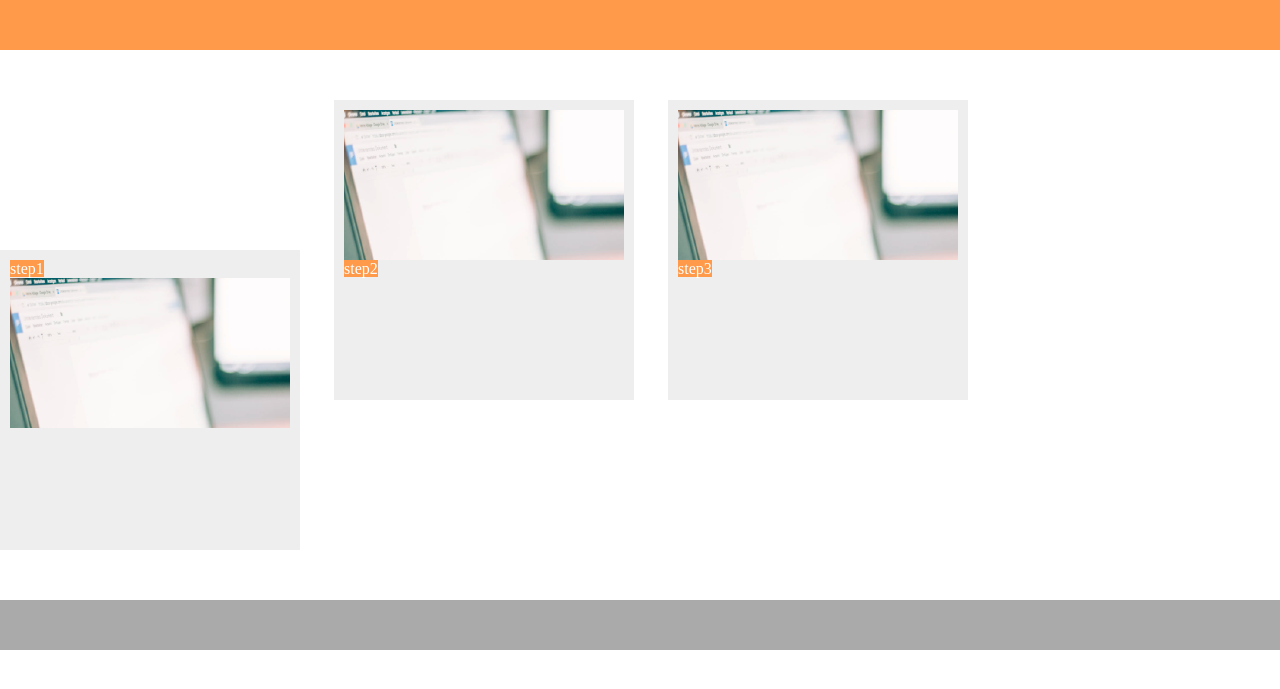
Repository: kiruha313/DWC
Page: exersise9/index.html
The author's editor kept a record of every edit. The page is drawn from the files as they stood at one moment, then again after the next edit.
The browser window is 1280 px wide. The pictures show the whole page.

Above is the page before.

After the next edit:
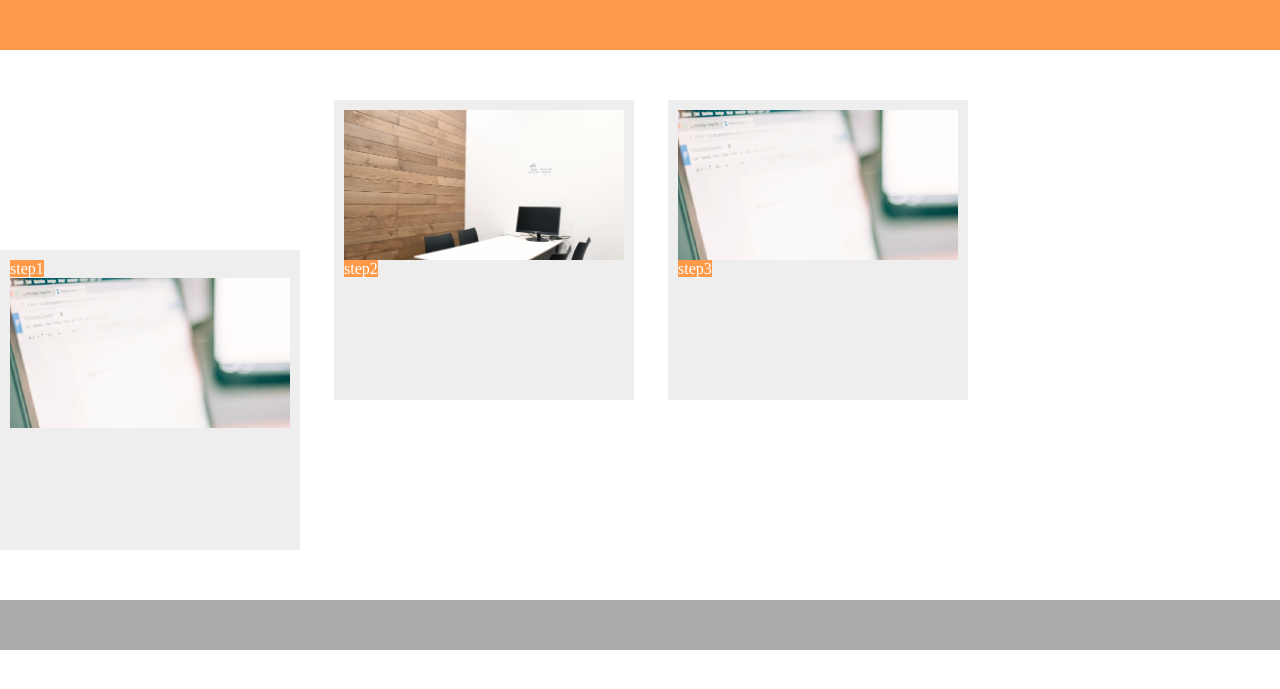
The edit:
--- a/exersise9/index.html
+++ b/exersise9/index.html
@@ -15,7 +15,7 @@
     </div>
 
     <div class="step">
-      <div class="step1-img"></div>
+      <div class="step2-img"></div>
       <span class="step1">step2</span>
     </div>
 
